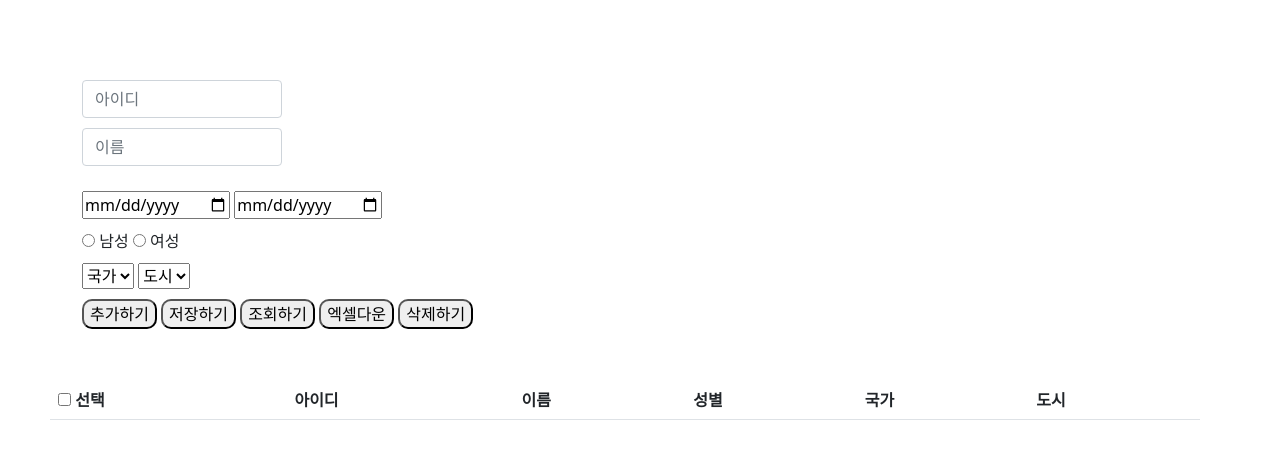
Repository: cactusvibeyjy/miniProject2
Page: http://localhost/test2/WEB-INF/views/home.jsp
An editor plug-in stored every save of this project. The page is shown before and after the next save, followed by the edit.
The browser window is 1280 px wide. The pictures show the whole page.
The page is served by Tomcat 9. Nobody is signed in. Other server files are loaded and not shown. The template is opened directly, without the code that normally fills it, so the values that code supplies are empty.

Above is the page before, as saved 2023-02-17 05:28:30.

### test2/src/main/webapp/WEB-INF/views/home.jsp
<%@ taglib uri="http://java.sun.com/jsp/jstl/core" prefix="c"%>
<%@ page language="java" contentType="text/html; charset=UTF-8"
	pageEncoding="UTF-8"%>
<%@ page session="false"%>
<html>
<head>
	<meta charset="utf-8">
	<link
			href="https://cdn.jsdelivr.net/npm/bootstrap@5.1.3/dist/css/bootstrap.min.css"
			rel="stylesheet"
			integrity="sha384-1BmE4kWBq78iYhFldvKuhfTAU6auU8tT94WrHftjDbrCEXSU1oBoqyl2QvZ6jIW3"
			crossorigin="anonymous">
	<script
			src="https://cdn.jsdelivr.net/npm/bootstrap@5.1.3/dist/js/bootstrap.bundle.min.js"
			integrity="sha384-ka7Sk0Gln4gmtz2MlQnikT1wXgYsOg+OMhuP+IlRH9sENBO0LRn5q+8nbTov4+1p"
			crossorigin="anonymous">
	</script>
	<script src="https://code.jquery.com/jquery-3.6.3.min.js"></script>
	<script src="https://ajax.googleapis.com/ajax/libs/jquery/3.6.0/jquery.min.js"></script>

	<script src="https://cdnjs.cloudflare.com/ajax/libs/exceljs/4.3.0/exceljs.min.js"></script>
	<script lang="javascript" src="https://cdn.sheetjs.com/xlsx-0.19.2/package/dist/xlsx.full.min.js"></script>

<title>야호</title>

	<style>
		.pop {
			display: none;
			position: fixed;
			top: 0;
			left: 0;
			z-index: 100;
			width: 100%;
			height: 100%;
			background: rgba(0, 0, 0, .5);
		}
		.pop.on{
			display: block;
		}

		.pop .info {
			overflow-y: auto;
			position: absolute;
			top: 50%;
			left: 50%;
			transform: translate(-50%, -50%);
			width: 800px;
			height: 330px;
			max-height: 92%;
			margin: 0 auto;
			background: #fff;
			border-radius: 5px;
			padding: 10px;
		}

		.pop .info table {
			width: 100%;
			border: 1px solid #ddd;
		}

		.pop .info table tr th ,
		.pop .info table tr td {
			height: 50px;
			padding-left: 10px;
			vertical-align: middle;
			border: 1px solid #ddd;
		}

		.pop .info table tr td input[type=text] ,
		.pop .info table tr td select {
			width: 40%;
			height: 40px;
			padding: 0 15px;
			border: 1px solid #ddd;
			border-radius: 3px;
			outline: none;
		}

		.pop .info .bottom {

		}
		.pop .info .bottom .button_area {
			text-align: center;
			margin-top: 10px;
		}

	</style>

</head>
<body>
	<h2></h2>

	<div class="container" style= "margin-top: 80px">
		<div>
			<input type="text" id="memberId" placeholder="아이디" class="form-control" value=""
			style= "width: 200px; margin-bottom:10px"/>
			<input type="text" id="memberNm" placeholder="이름" class="form-control"
			style= "width: 200px; margin-bottom:10px"/>
		</div>
		<div class="daterange" style= "margin-top: 25px">
			<input type="date" name="startDate" id="startDate" />
			<input type="date" name="endDate" id="endDate" />
		</div>
		<div class="sex" style= "margin-top:10px; margin-bottom:10px;">
			<input type="radio" name="sex" id="sexM" value="male" onchange="fn_list()"  />
			<label for="sexM">남성</label>
			<input type="radio" name="sex" id="sexF" value="female" onchange="fn_list()" />
			<label for="sexF">여성</label>
		</div>

		<select name="country" id="country" onchange="Change(this,'city')">
			<option value="none" selected>국가</option>
			<option value="a">한국</option>
			<option value="b">미국</option>
			<option value="c">중국</option>
			<option value="d">일본</option>
		</select>
		<select id="city">
			<option value="none" selected>도시</option>
		</select>
		<br>
		<div class="button" style= "margin-top:10px; border-radius: 20px;">
			<button class="registerButton clickedButton" onclick="fn_addRow(this)" style= "border-radius: 10px;">
				<span>추가하기</span> <i class="zmdi zmdi-arrow-right"></i>
			</button>
			<button class="registerButton clickedButton" onclick="fn_save('s')" style= "border-radius: 10px;">
				<span>저장하기</span> <i class="zmdi zmdi-arrow-right"></i>
			</button>
			<button class="searchButton clickedButton" onclick="fn_list()" style= "border-radius: 10px;">
				<span>조회하기</span> <i class="zmdi zmdi-arrow-right"></i>
			</button>
			<button class="excelButton clickedButton" onclick="fn_excel()" style= "border-radius: 10px;">
				<span>엑셀다운</span> <i class="zmdi zmdi-arrow-right"></i>
			</button>
			<button class="deleteButton" onclick="fn_delete()" style= "border-radius: 10px;">
				<span>삭제하기</span> <i class="zmdi zmdi-arrow-right"></i>
			</button>
		</div>
	</div>
	<div class="list" style= "margin: 50px 80px 50px 50px;" >
	<table class="table table-striped">
		<thead>
			<tr>
				<th scope="col">
					<input type="checkbox" id="allCheck" onchange="fn_allCheck(this)" />
					<label for="allCheck">선택</label>
				</th>
				<th scope="col">아이디</th>
				<th scope="col">이름</th>
				<th scope="col">성별</th>
				<th scope="col">국가</th>
				<th scope="col">도시</th>
			</tr>
		</thead>
		<tbody id="data_tbody">

		</tbody>
	</table>
<input type="hidden" id="modifyId" />
</div>
<div class="pop">
	<div class="info">

		<table>
			<colgroup>
				<col style="width: 20%;">
				<col style="width: 80%;">
			</colgroup>
			<tbody>
			<tr>
				<th>아이디</th>
				<td><input type="text" id="mMemberId" /></td>
			</tr>
			<tr>
				<th>이름</th>
				<td><input type="text" id="mMemberNm" /></td>
			</tr>
			<tr>
				<th>성별</th>
				<td>
					<input type="radio" name="mSex" id="mMale" value="male" />
					<label for="mMale">남</label>
					<input type="radio" name="mSex" id="mFemale" value="female" />
					<label for="mFemale">여</label>
				</td>
			</tr>
			<tr>
				<th>국가</th>
				<td>
					<select id="mCountry" onchange="Change(this,`mCity`)">
						<option value="none" selected>국가</option>
						<option value="a">한국</option>
						<option value="b">미국</option>
						<option value="c">중국</option>
						<option value="d">일본</option>
					</select>
				</td>
			</tr>
			<tr>
				<th>도시</th>
				<td>
					<select id="mCity"></select>
				</td>
			</tr>
			</tbody>
		</table>

		<div class="bottom">
			<div class="button_area">
				<button type="button" onclick="fn_save('m')">저장</button>
				<button type="button" onclick="fn_hide()">닫기</button>
			</div>
		</div>
	</div>
</div>


</body>
<script type="text/javascript">
$(function () {

})

var fn_hide = function () {
	$('.pop.on').removeClass('on');
}

var fn_addRow = function () {

    if($('#sMemberId').length > 0) {
        return alert('아직 작업중인 row 가 있습니다.\n작업 완료 후 추가하세요.');
    }

	var addTr = '<tr>';
    addTr += '<td></td>';
    addTr += '<td><input id="sMemberId" /></td>';
    addTr += '<td><input id="sMemberNm" /></td>';
    addTr += '<td>';
    addTr += '  <input type="radio" name="sSex" id="sMale" value="male" checked/><label for="sMale">남</label>';
    addTr += '  <input type="radio" name="sSex" id="sFemale" value="female"/><label for="sFemale">여</label>';
    addTr += '</td>';
    addTr += '<td>';
    addTr += '  <select name="country" id="sCountry" onchange="Change(this,`sCity`)">';
    addTr += '      <option value="none" selected>국가</option>';
    addTr += '      <option value="a">한국</option>';
    addTr += '      <option value="b">미국</option>';
    addTr += '      <option value="c">중국</option>';
    addTr += '      <option value="d">일본</option>';
    addTr += '  </select>';
    addTr += '</td>';
    addTr += '<td>';
    addTr += '  <select id="sCity">';
    addTr += '      <option value="none" selected>도시</option>';
    addTr += '  </select>';
    addTr += '</td>';
    addTr += '</tr>';
    $('#data_tbody').prepend(addTr);

}

// 초기화
var fn_reset = function () {

    $('#memberId , #memberNm , #modifyId').val('');

    // 날짜 오늘날짜로 셋팅
    var date = new Date();
    var month = date.getMonth().toString().length===1 ? '0'+(date.getMonth()+1) : date.getMonth();
    $('input[type=date]').val(date.getFullYear() +'-'+ month + '-' + date.getDate());

    $('#sexM').prop('checked',true);

    $('#country').val('none');
	$('#city').empty().append('<option value="none" selected>도시</option>');
}

// 목록
var fn_list = function () {
    var param = {};
    param.memberId  = $('#memberId').val();
    param.memberNm  = $('#memberNm').val();
    param.startDate = $('#startDate').val().replaceAll('-','');
    param.endDate   = $('#endDate').val().replaceAll('-','');
    param.sex       = $('input[name=sex]:checked').val();
    param.country   = $('#country').val();
    param.city      = $('#city').val();

    $.ajax({
        url	:'/member/list.json',
        type:'POST',
        data:param,
        success: function(res) {

            $('#data_tbody').empty();

            for(var data of res) {
                var html = '<tr>';
                html += '<td><input data-id="'+data.memberId+'" type="checkbox"></td>';
                html += '<td ondblclick="fn_detail(`'+data.memberId+'`)">'+data.memberId+'</td>';
                html += '<td>'+data.memberNm+'</td>';
                html += '<td>'+data.sex+'</td>';
                html += '<td>'+data.country+'</td>';
                html += '<td>'+data.city+'</td>';
                html += '</tr>';
                $('#data_tbody').append(html);
            }

        }
    });
}

// 상세
var fn_detail = function (memberId) {
    $('.pop').addClass('on');

    $.ajax({
        url	:'/member/detail.json',
        type:'POST',
        data:{memberId : memberId},
	    success: function(res) {

            $('#mMemberId').val(res.memberId);
            $('#mMemberNm').val(res.memberNm);

            res.sex === 'male' ? $('#mMale').prop('checked',true) : $('#mFemale').prop('checked',true);

            $('#mCountry').val(res.country).trigger('change');
            $('#mCity').val(res.city);

        }
    });
}

// 저장
var fn_save = function (flag) {

	var param = {};
	param.memberId  = $('#'+flag+'MemberId').val();
	param.memberNm  = $('#'+flag+'MemberNm').val();
    param.country   = $('#'+flag+'Country').val();
    param.city      = $('#'+flag+'City').val();

    var url = 'insert.json';
	if(flag === 'm') {
        param.sex       = $('input[name=mSex]:checked').val();
        param.modifyId  = param.memberId;
        url             = 'update.json';
	} else {
        if($('#sMemberId').length < 1) {
            return alert('[추가]버튼 클릭 후 작업하세요.');
        }
        param.sex       = $('input[name=sSex]:checked').val();
	}

	if(param.memberId === '') {
	    return alert('아이디를 입력해주세요.');
	}
	if(param.memberNm === '') {
	    return alert('이름을 입력해주세요.');
	}
	if(param.country === 'none') {
	    return alert('국가를 선택해주세요.');
	}
	if(param.city === 'none') {
	    return alert('도시를 선택해주세요.');
	}

    $.ajax({
        url	:'/member/'+url,
        type:'POST',
        data:param,
	    success: function(res) {
	        if(res === 1) {
                fn_list();
                if(flag === 'm') {
                    fn_hide()
                }
	            return alert('저장되었습니다.');
	        }
        }
    });
}

// 삭제
var fn_delete = function () {

    var param = {} , memberIdArr = [];

    if($('#data_tbody input[type=checkbox]:checked').length < 1) {
        return alert('삭제 할 데이터를 선택해주세요.');
    }
    $('#data_tbody input[type=checkbox]:checked').each(function(i,t) {
        memberIdArr.push($(t).data('id'));
    })
    param.memberIdArr = memberIdArr;

    $.ajax({
        url	:'/member/delete.json',
        type:'POST',
        data:JSON.stringify(param),
        contentType : 'application/json',
	    success: function(res) {
            if(res > 0) {
                fn_list();
                return alert('삭제 되었습니다.');
            }
        }
    });

}

// 전체선택
var fn_allCheck = function (tag) {
	if($(tag).is(':checked')) {
        $('#data_tbody input[type=checkbox]').prop('checked',true);
	} else {
        $('#data_tbody input[type=checkbox]').prop('checked',false);
	}
}

// 엑셀
var fn_excel = function () {
    var wb = XLSX.utils.table_to_book(document.getElementById('data_tbody'), {sheet:"시트명",raw:true});
    XLSX.writeFile(wb, ('파일명.xlsx'));
}

var Change = function (tag , target) {
	var city_z = [ "none" ];
	var city_a = [ "서울", "부산", "창원", "경주","대구","대전", "통영" ];
	var city_b = [ "NYC", "LA", "Pheonix", "Tucson", "Litiz", "Lafayette" ];
	var city_c = [ "베이징", "상하이", "광저우", "청두", "우한", "톈진" ];
	var city_d = [ "도쿄", "오사카", "삿포로", "교토", "후쿠오카", "고베" ];

	var targetTag = document.getElementById(target);

	var d = '';
	switch (tag.value) {
		case 'a': d = city_a; break;
		case 'b': d = city_b; break;
		case 'c': d = city_c; break;
		case 'd': d = city_d; break;
		default:  d = city_z;
    }
    targetTag.options.length = 0;

	for (var x in d) {
		var opt = document.createElement("option");
		opt.value = d[x];
        opt.innerHTML = d.length > 1 ? d[x] : '도시';
        targetTag.appendChild(opt);
	}
}
</script>
</html>

After the next save:
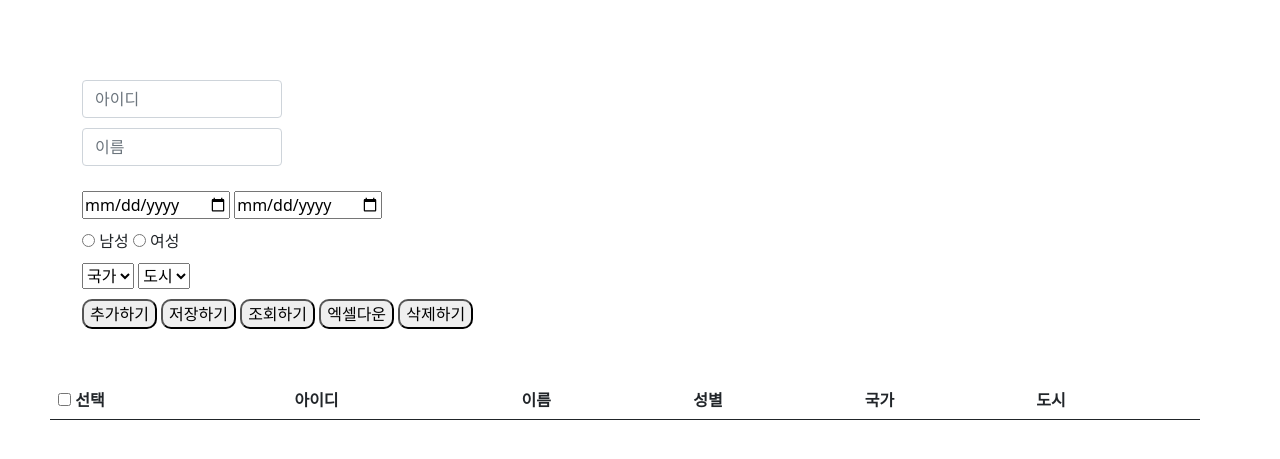
Saved 21 s later.
--- a/test2/src/main/webapp/WEB-INF/views/home.jsp
+++ b/test2/src/main/webapp/WEB-INF/views/home.jsp
@@ -138,7 +138,7 @@
 		</div>
 	</div>
 	<div class="list" style= "margin: 50px 80px 50px 50px;" >
-	<table class="table table-striped">
+	<table class="table table-striped" style= "border: 3px;">
 		<thead>
 			<tr>
 				<th scope="col">
